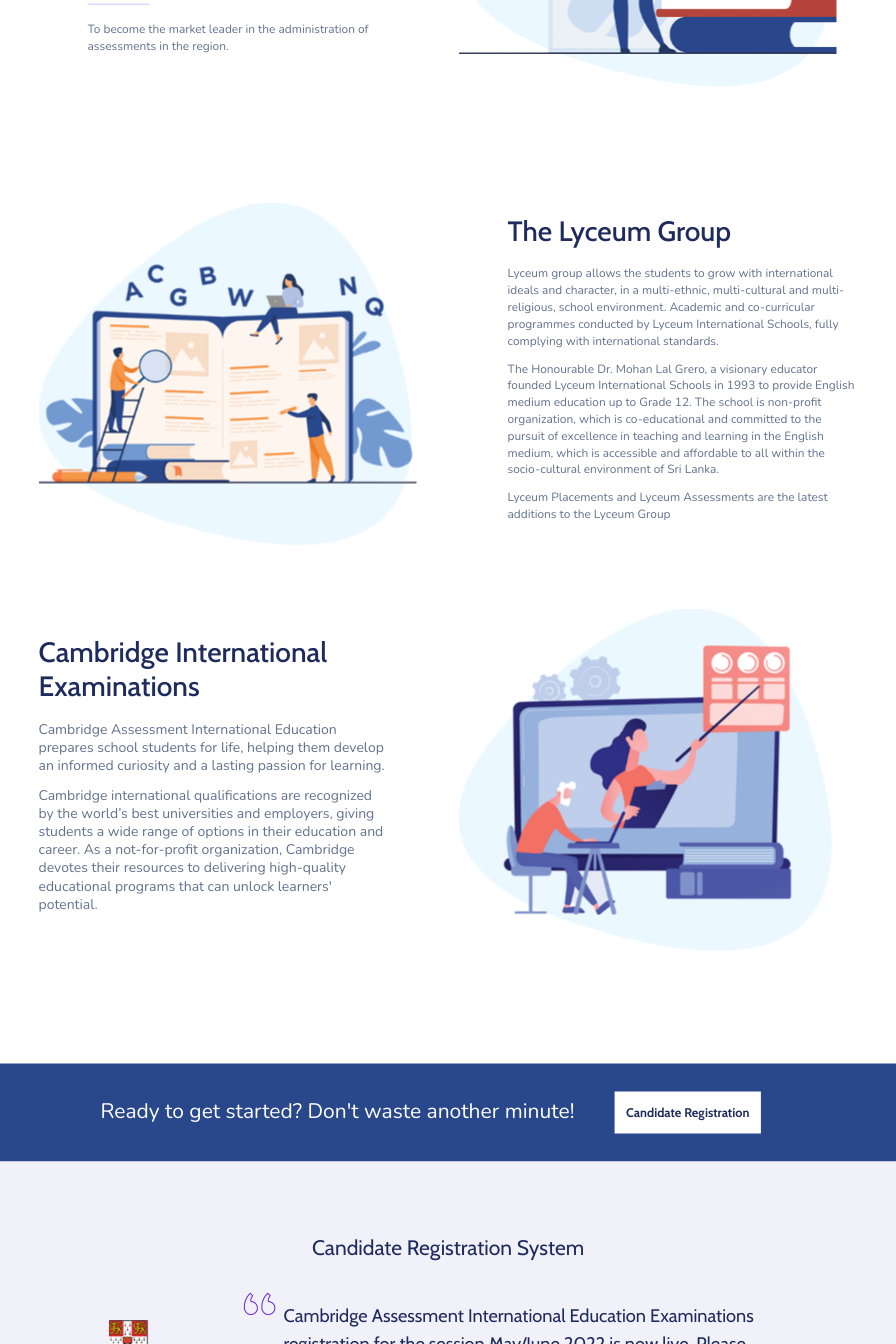
Repository: AXUSLK/LyceumAssessments-HTML
Page: index.html
An editor plug-in stored every save of this project. The page is shown before and after the next save, followed by the edit.
The browser window is 1280 px wide. The pictures show the part of the page from y = 1355 to 3275 px (the page is 4662 px tall before and 4622 px after), at 70% of full size.
Backgrounds fixed to the window are drawn as part of the page. Some web libraries are served in a nearby version.

Above is the page before, as saved 2022-01-31 13:27:48.

### index.html
<!DOCTYPE html>
<html lang="en">

<head>
	<!-- set the encoding of your site -->
	<meta charset="utf-8">
	<meta name="viewport" content="width=device-width, initial-scale=1.0">
	<!-- set the page title -->
	<title>Lyceum Assessments is a fully owned subsidiary of the Lyceum Group.</title>
	<!-- inlcude google cabin font cdn link -->
	<link
		href="https://fonts.googleapis.com/css2?family=Cabin:ital,wght@0,400;0,500;0,600;0,700;1,400;1,500;1,600;1,700&display=swap"
		rel="stylesheet">
	<!-- inlcude google nunito font cdn link -->
	<link
		href="https://fonts.googleapis.com/css2?family=Nunito:ital,wght@0,300;0,400;0,600;0,700;1,300;1,400;1,600;1,700&display=swap"
		rel="stylesheet">
	<!-- include the site bootstrap stylesheet -->
	<link rel="stylesheet" href="css/bootstrap.css">
	<!-- include the site stylesheet -->
	<link rel="stylesheet" href="style.css">
	<!-- include theme color setting stylesheet -->
	<link rel="stylesheet" href="css/colors.css">
	<!-- include the site responsive stylesheet -->
	<link rel="stylesheet" href="css/responsive.css">
</head>

<body>
	<!-- pageWrapper -->
	<div id="pageWrapper">
		<div class="phStickyWrap">

			<!-- pageHeader -->
			<header id="pageHeader" class="w-100 headerFixer">
				<div class="container">
					<!-- hdHolder -->
					<div class="hdHolder position-relative pt-2 pb-2 pt-lg-4 pb-lg-4 pt-xl-7 pb-xl-7">
						<div class="row">
							<div class="col-4 col-md-2">
								<!-- logo -->
								<div class="logo mt-1">
									<a href="javascript:void(0);">
										<img src="images/LYA__LOGO.png" class="img-fluid" alt="">
									</a>
								</div>
							</div>
							<div class="col-8 col-md-10 position-static">
								<!-- pageNav -->
								<nav id="pageNav"
									class="navbar navbar-expand-md navbar-dark justify-content-end p-0 align-items-start position-static">
									<!-- pageMainNavCollapse -->
									<div class="collapse navbar-collapse pageMainNavCollapse justify-content-end"
										id="pageMainNavCollapse">
										<!-- mainNavigation -->
										<ul class="navbar-nav mainNavigation fwSemi pt-md-2">
											<li class="nav-item">
												<a class="nav-link" href="#pageWrapper">Home <span
														class="sr-only">(current)</span></a>
											</li>
											<li class="nav-item">
												<a class="nav-link" href="#scrollToAbout">About Us</a>
											</li>
											<li class="nav-item">
												<a class="nav-link" href="#scrollToWhy">Why?</a>
											</li>
											<li class="nav-item">
												<a class="nav-link" href="#scrollToCambridge">Cambridge</a>
											</li>
											<li class="nav-item">
												<a class="nav-link" href="#scrollToContact">Contact Us</a>
											</li>
										</ul>
									</div>
									<!-- hdBtn -->
									<a href="javascript:void(0);"
										class="btn btn-info font-weight-normal text-capitalize hdBtn ml-md-3 ml-md-6 ml-lg-12 position-relative border-0 p-0"
										data-hover="Get Started">
										<span class="d-block btnText">Candidate Registration </span>
									</a>
									<!-- pageNavOpener -->
									<button class="navbar-toggler pageNavOpener ml-3" type="button"
										data-toggle="collapse" data-target="#pageMainNavCollapse"
										aria-controls="pageMainNavCollapse" aria-expanded="false"
										aria-label="Toggle navigation">
										<span class="navbar-toggler-icon"></span>
									</button>
								</nav>
							</div>
						</div>
					</div>
				</div>
			</header>
		</div>

		<main>

			<!-- Header -->
			<section class="introBlock d-flex w-100 position-relative text-white bg-secondary">
				<div class="w-100 d-flex align-items-center">
					<!-- ibHolder -->
					<div class="w-100 position-relative ibHolder py-19 py-md-23 py-xl-29">
						<div class="container">
							<div class="row align-items-center">
								<div class="col-12 col-md-6">
									<div class="captionWrap position-relative">
										<div class="wow fadeInUp" data-wow-delay="0.5s">
											<h1 class="text-white font-weight-bold mb-5"> The best route for your
												education
											</h1>
										</div>
										<div class="wow fadeInUp" data-wow-delay="1s">
											<p>Don't waste another minute, concentrate on your studies!</p>
										</div>
										<div class="wow fadeInUp" data-wow-delay="1.5s">
											<a href="#scrollToWhy"
												class="btn btn-info btnMin align-top mt-6 p-0 border-0 position-relative"
												data-hover="Why Us?">
												<span class="d-block btnText">Why?</span>
											</a>
										</div>
									</div>
								</div>
								<div class="col-12 col-md-6 d-none d-md-block imageWrap wow bounceInRight"
									data-wow-delay="2s">
									<!-- imgHolder -->
									<div class="imgHolder pl-7 pl-xl-12 position-relative">
										<img src="./images/header.png">
									</div>
								</div>
							</div>
						</div>
					</div>
				</div>
				<!-- svgBg -->
				<svg class="svgBg">
					<defs>
						<clipPath id="path01" clipPathUnits="objectBoundingBox">
							<path d="M 1 0 L 0.93 0 C 0.7 0.18 0.77 0.26 0.51 0.34 Q 0.36 0.38 0.52 1 L 1 1 Z"></path>
						</clipPath>
					</defs>
					<rect width="100%" height="100%" style="clip-path: url(#path01);" fill="#7730ef"></rect>
				</svg>
				<!-- ibBgPattern -->
				<span class="position-absolute w-100 h-100 ibBgPattern"
					style="background-image: url(images/bgShapes01.png);"></span>
			</section>

			<!-- Partners -->
			<aside class="sponsorsAside position-relative text-center">
				<div class="container">
					<div class="bg-white mt-n12 mt-md-n15 shadow-lg py-4 py-md-7">
						<!-- logosSlider -->
						<div class="logosSlider">
							<!-- slide -->
							<div>
								<!-- logoWrap -->
								<div class="logoWrap">
									<img src="http://placehold.it/130x80" class="img-fluid" alt="stylus">
								</div>
							</div>
							<!-- slide -->
							<div>
								<!-- logoWrap -->
								<div class="logoWrap">
									<img src="http://placehold.it/130x80" class="img-fluid" alt="drkht">
								</div>
							</div>
							<!-- slide -->
							<div>
								<!-- logoWrap -->
								<div class="logoWrap">
									<img src="http://placehold.it/130x80" class="img-fluid" alt="Brook.">
								</div>
							</div>
							<!-- slide -->
							<div>
								<!-- logoWrap -->
								<div class="logoWrap">
									<img src="http://placehold.it/130x80" class="img-fluid" alt="its alive!">
								</div>
							</div>
							<!-- slide -->
							<div>
								<!-- logoWrap -->
								<div class="logoWrap">
									<img src="http://placehold.it/130x80" class="img-fluid" alt="nowhere among us">
								</div>
							</div>
							<!-- slide -->
							<div>
								<!-- logoWrap -->
								<div class="logoWrap">
									<img src="http://placehold.it/130x80" class="img-fluid" alt="stylus">
								</div>
							</div>
							<!-- slide -->
							<div>
								<!-- logoWrap -->
								<div class="logoWrap">
									<img src="http://placehold.it/130x80" class="img-fluid" alt="drkht">
								</div>
							</div>
							<!-- slide -->
							<div>
								<!-- logoWrap -->
								<div class="logoWrap">
									<img src="http://placehold.it/130x80" class="img-fluid" alt="Brook.">
								</div>
							</div>
							<!-- slide -->
							<div>
								<!-- logoWrap -->
								<div class="logoWrap">
									<img src="http://placehold.it/130x80" class="img-fluid" alt="its alive!">
								</div>
							</div>
						</div>
					</div>
				</div>
			</aside>

			<!-- About -->
			<div id="scrollToAbout" class="mt-md-n12 mt-lg-n14 pt-md-12 pt-lg-14">
				<!-- featureBlock -->
				<section class="featureBlock pt-8 pb-8 pt-md-13 pt-lg-19 pt-xl-23">
					<div class="container">
						<!-- afColumn -->
						<article class="afColumn mb-7 mb-md-11 mb-lg-18">
							<div class="row align-items-center">
								<div class="col-12 col-md-6 wow slideInRight">
									<div class="extraWrap pl-md-7 pl-lg-14">
										<!-- titleWrap -->
										<header class="titleWrap">
											<h3 class="mb-5">About Lyceum Assessments</h3>
											<p>Lyceum Assessments is a fully owned subsidiary of the Lyceum Group. We
												are focusing on
												conducting, administering and offering competitive international and
												Lyceum examinations to
												students island-wide.
											</p>
											<p>
												Lyceum Assessments (Pvt) Limited was incorporated as a private limited
												company under the
												Companies Act of Sri Lanka on 27th July 2021.</p>
										</header>
										<!-- afTabsList -->
										<ul class="nav nav-tabs afTabsList border-0 fontAlter fwMedium mt-8" id="myTab"
											role="tablist">
											<li class="nav-item" role="presentation">
												<a class="nav-link active" id="analytics-tab" data-toggle="tab"
													href="#analytics" role="tab" aria-controls="analytics"
													aria-selected="true">Our Vision</a>
											</li>
											<li class="nav-item" role="presentation">
												<a class="nav-link" id="traffic-tab" data-toggle="tab" href="#traffic"
													role="tab" aria-controls="traffic" aria-selected="false">Our
													Mission</a>
											</li>
										</ul>
										<!-- myTabContent -->
										<div class="tab-content" id="myTabContent">
											<div class="tab-pane fade show active" id="analytics" role="tabpanel"
												aria-labelledby="analytics-tab">
												<div class="mtctWrap overflow-hidden pt-5">
													<p>To become the market leader in the administration of assessments
														in the region.</p>
												</div>
											</div>
											<div class="tab-pane fade" id="traffic" role="tabpanel"
												aria-labelledby="traffic-tab">
												<div class="mtctWrap overflow-hidden pt-5">
													<p>To provide the expertise required to assess learning at different
														levels of education by making
														globally recognized awards and qualifications accessible &
														affordable to all while ensuring
														international quality standards.</p>
												</div>
											</div>
										</div>
									</div>
								</div>

								<div class="col-12 col-md-6 wow slideInLeft">
									<!-- imgHolder -->
									<div class="imgHolder position-relative mx-auto mb-4 mb-md-0">
										<img src="./images/about.png" class="img-fluid" alt="image description">
										<!-- bgPattern -->
										<span class="bgPattern position-absolute"
											style="background-image: url(images/bgShapes03.png);"></span>
									</div>
								</div>
							</div>
						</article>
					</div>
				</section>
			</div>

			<!-- allFeatBlock -->
			<section id="scrollToWhy" class="allFeatBlock pt-7 pb-3 pb-lg-10 pb-xl-14">
				<div class="container">
					<!-- afColumnsWrap -->
					<div class="afColumnsWrap">
						<!-- afColumn -->
						<article class="afColumn mb-7 mb-md-11 mb-lg-18">
							<div class="row align-items-center">
								<div class="col-12 col-md-6 wow slideInLeft">
									<!-- imgHolder -->
									<div class="imgHolder position-relative mx-auto mb-4 mb-md-0">
										<img src="./images/lyceum_group.png" class="img-fluid" alt="image description">
										<!-- bgPattern -->
										<span class="bgPattern position-absolute"
											style="background-image: url(images/bgShapes03.png);"></span>
									</div>
								</div>
								<div class="col-12 col-md-6 wow slideInRight">
									<div class="extraWrap pl-md-7 pl-lg-14">
										<!-- titleWrap -->
										<header class="titleWrap">
											<h3 class="mb-5">The Lyceum Group</h3>
										</header>
										<p>
										<p>Lyceum group allows the students to grow with international ideals and
											character, in a multi-ethnic, multi-cultural and multi-religious, school
											environment. Academic and co-curricular programmes conducted by Lyceum
											International Schools, fully complying with international standards.</p>
										<p>The Honourable Dr. Mohan Lal Grero, a visionary educator founded Lyceum
											International Schools in 1993 to provide English medium education up to
											Grade 12. The school is non-profit organization, which is co-educational and
											committed to the pursuit of excellence in teaching and learning in the
											English medium, which is accessible and affordable to all within the
											socio-cultural environment of Sri Lanka.</p>
										<p>Lyceum Placements and Lyceum Assessments are the latest additions to the
											Lyceum Group</p>
										</p>
									</div>
								</div>
							</div>
						</article>
						<!-- afColumn -->
						<article class="afColumn mb-7 mb-md-11 mb-lg-18">
							<div class="row align-items-center">
								<div class="col-12 col-md-6 wow slideInLeft">
									<!-- imgHolder -->
									<div class="imgHolder position-relative mx-auto mb-4 mb-md-0">
										<img src="./images/cambridge.png" class="img-fluid" alt="image description">
										<!-- bgPattern -->
										<span class="bgPattern position-absolute"
											style="background-image: url(images/bgShapes03.png);"></span>
									</div>
								</div>
								<div class="col-12 col-md-6 wow slideInRight">
									<div class="extraWrap pr-md-7 pr-lg-14">
										<!-- titleWrap -->
										<header class="titleWrap">
											<h3 class="mb-5">Cambridge International Examinations</h3>
											<p>
											<p>Cambridge Assessment International Education prepares school students for
												life, helping them develop an informed curiosity and a lasting passion
												for learning.</p>
											<p>Cambridge international qualifications are recognized by the
												world&rsquo;s best universities and employers, giving students a wide
												range of options in their education and career. As a not-for-profit
												organization, Cambridge devotes their resources to delivering
												high-quality educational programs that can unlock learners' potential.
											</p>
											</p>
										</header>

									</div>
								</div>
							</div>
						</article>
					</div>
				</div>
			</section>

			<!-- tryPetAside -->
			<aside class="tryPetAside text-center text-white py-5 py-lg-8 wow pulse">
				<div class="container">
					<p class="mb-0">Ready to get started? Don't waste another minute! <a href="javascript:void(0);"
							class="btn btnWhite mt-3 mt-md-0 mx-md-4 mx-lg-10 btnMin p-0 border-0 position-relative"
							data-hover="Try it"><span class="d-block btnText">Candidate Registration</span></a></p>
				</div>
			</aside>

			<div id="scrollToCambridge" class="mt-md-n12 mt-lg-n14 pt-md-12 pt-lg-14 wow fadeIn" data-wow-delay="1s">
				<!-- testimonialsBlock -->
				<article
					class="testimonialsBlock bg-light pt-7 pb-5 pt-md-9 pb-md-7 pt-lg-14 pb-lg-12 pt-xl-21 pb-xl-19">
					<div class="container">
						<header class="text-center mb-8">
							<h2 class="h4 font-weight-normal">Candidate
								Registration System</h2>
						</header>
						<div class="row">
							<div class="col-12 col-md-10 offset-md-1">
								<!-- quotesSlider -->
								<div class="quotesSlider">
									<div>
										<!-- clientQuote -->
										<blockquote
											class="clientQuote fontAlter position-relative text-primary pt-25 pt-sm-0 pl-sm-40 pl-xl-50 mb-0">
											<q class="d-block position-relative mb-7 pt-4 pl-12 pl-sm-0">Cambridge
												Assessment International Education Examinations registration for the
												session May/June
												2022 is now live. Please complete your online registration
												process. </q>
											<cite class="d-block pl-12 pl-sm-0">
												<!-- profilePicWrap -->
												<span
													class="profilePicWrap position-absolute overflow-hidden rounded-circle">
													<img src="./images/cambridge_logo.png"
														class="img-fluid w-100 h-100 imgFit rounded-circle"
														alt="Donald Salvor || Global Initiative">
												</span>

											</cite>
										</blockquote>
									</div>
								</div>
							</div>
						</div>
						<div class="row">
							<div class="col-md-2"></div>
							<div class="col-md-8">
								<table class="infoTable">
									<tbody>
										<tr>
											<th width="298">
												<p><strong>Key dates</strong></p>
											</th>
											<th width="234">
												<p><strong>The year 2022</strong></p>
											</th>
										</tr>
										<tr>
											<td width="298">
												<p>Normal Registration Period (Final Entry)</p>
											</td>
											<td width="234">
												<p>02nd February - 14th February</p>
											</td>
										</tr>
										<tr>
											<td width="298">
												<p>Late Penalty Registration Period</p>
											</td>
											<td width="234">
												<p>15th February &ndash; 11th April</p>
											</td>
										</tr>
										<tr>
											<td width="298">
												<p>Very Late Penalty Registration Period</p>
											</td>
											<td width="234">
												<p>12th April onwards</p>
											</td>
										</tr>
										<tr>
											<td width="298">
												<p>Timetabled Exam Period</p>
											</td>
											<td width="234">
												<p>25 April - 10 June</p>
											</td>
										</tr>
									</tbody>
								</table>
							</div>
							<div class="col-md-2"></div>

						</div>

					</div>
				</article>
			</div>

			<!-- getStartedAside -->
			<aside
				class="getStartedAside textMedium position-relative d-flex w-100 bg-info text-center overflow-hidden">
				<div class="d-flex w-100 gsaHolder align-items-center">
					<div class="w-100 py-7">
						<div class="container">
							<div class="row">
								<div
									class="col-12 col-md-10 offset-md-1 col-lg-8 offset-lg-2 col-xl-6 offset-xl-3 wow wobble">
									<!-- <h1 class="h1Medium fontBase font-weight-normal mb-4">Let us help you with your
										design hassles</h1> -->

									<div class="infoTableP">
										<p>&nbsp;</p>
										<p>Lyceum Assessments deadlines for Cambridge International May/June 2022 exams
											session</p>
										<p>&nbsp;</p>
										<p>Candidates are requested to take note of the registration deadline.
											Registration
											is completed once you submit the application and completed the relevant
											payment.
										</p>
										<p>&nbsp;</p>
										<p>Any payments made after the deadline will be treated as late and subjected to
											the
											appropriate extra late fee</p>
									</div>

								</div>
							</div>
						</div>
					</div>
				</div>
				<span class="bgPattern bgPatterni inaccessible position-absolute wow bounceInDown" data-wow-delay="1s">
					<img src="images/bgShapes05.png" class="img-fluid" alt="image description">
				</span>
				<span class="bgPattern bgPatternii inaccessible position-absolute  wow bounceInUp" data-wow-delay="1s">
					<img src="images/bgShapes04.jpg" class="img-fluid" alt="image description">
				</span>
			</aside>

		</main>

		<!-- ftAreaWrap -->
		<div class="ftAreaWrap bg-primary text-gray777fa1 wow fadeIn" data-wow-delay="0.5s">
			<!-- footerAside -->
			<aside id="scrollToContact"
				class="footerAside pt-20 pt-md-10 pt-lg-16 pb-1 pb-md-4 position-relative text-center text-sm-left">
				<div class="container">
					<div class="row">

						<div class="col-md-4 mb-6  position-static">
							<!-- ftLogo -->
							<div class="ftLogo mb-6 mx-auto mx-md-0">
								<a href="javascript:void(0);">
									<img src="images/LYA__LOGO.png" class="img-fluid" alt="">
								</a>
							</div>
							<!-- ftAddress -->
							<address class="ftAddress text-center text-md-left mb-6 mt-6 mt-md-0">3/1, Raymond Road,
								Nugegoda, Sri Lanka</address>

						</div>

						<div class="col-md-4">
							<address class="ftAddress text-center text-md-left mb-6 mt-6 mt-md-0">
								info_assessments@lyceum.lk</address>

							<!-- socialNetworks -->
							<ul
								class="list-unstyled socialNetworks ftSocialNetworks d-flex justify-content-center justify-content-md-start mx-n1">
								<li>
									<a href="javascript:void(0);">
										<i class="fab fa-facebook-square"><span class="sr-only">facebook</span></i>
									</a>
								</li>
								<li>
									<a href="javascript:void(0);">
										<i class="fab fa-twitter"><span class="sr-only">twitter</span></i>
									</a>
								</li>
								<li>
									<a href="javascript:void(0);">
										<i class="fab fa-instagram"><span class="sr-only">instagram</span></i>
									</a>
								</li>
							</ul>
						</div>

						<div class="col-md-4">
							<h3 class="h6 text-white mb-4">Why Us?</h3>
							<!-- ftScribeForm -->
							<form action="#" class="ftScribeForm">
								<strong class="d-block font-weight-normal mb-6">As leaders in education in Sri Lanka the
									Lyceum Group is committed to creating sustainable quality
									internationally recognized education opportunities</strong>

							</form>
						</div>

					</div>
				</div>
			</aside>
			<!-- pageFooter -->
			<footer id="pageFooter" class="text-center fontAlter">
				<div class="container">
					<!-- pfHolder -->
					<div class="pfHolder pt-7 pb-5">
						<p>Copyright © 2022 Lyceum Assessments All Rights
							Reserved. Concept Designed and Developed by
							<a target="_blank" href="https://zuse.lk/">ZUSE Technologies.</a>
						</p>
					</div>
				</div>
			</footer>
		</div>

	</div>
	<!-- include jQuery library -->
	<script src="js/jquery-3.4.1.min.js"></script>
	<!-- include bootstrap popper JavaScript -->
	<script src="js/popper.min.js"></script>
	<!-- include bootstrap JavaScript -->
	<script src="js/bootstrap.min.js"></script>
	<!-- include custom JavaScript -->
	<script src="js/jqueryCustom.js"></script>
	<!-- include fontAwesome -->
	<script src="https://kit.fontawesome.com/391f644c42.js"></script>
</body>

</html>

### css/colors.css
.btnTheme .btnText,
#pageHeader.fixedPosition,
.featColumn:before,
.tryPetAside,
.ftSocialNetworks > li > a:hover {
	background-color: #29478b;
}

.btnTheme:before,
.afDefList .icn,
.afTabsList .nav-link.active,
.clientQuote q:before,
.tickList > li:before {
	color: #6720df;
}

.btnTheme:before,
.btnTheme .btnText,
.afTabsList .nav-link.active {
	border-color: #6720df;
}

Loaded but not shown: css/bootstrap.css (library); js/jquery-3.4.1.min.js (library); js/popper.min.js (library); js/bootstrap.min.js (library); js/jqueryCustom.js (771 lines, source omitted); style.css (4752 lines, source omitted); css/responsive.css (209 lines, source omitted)

After the next save:
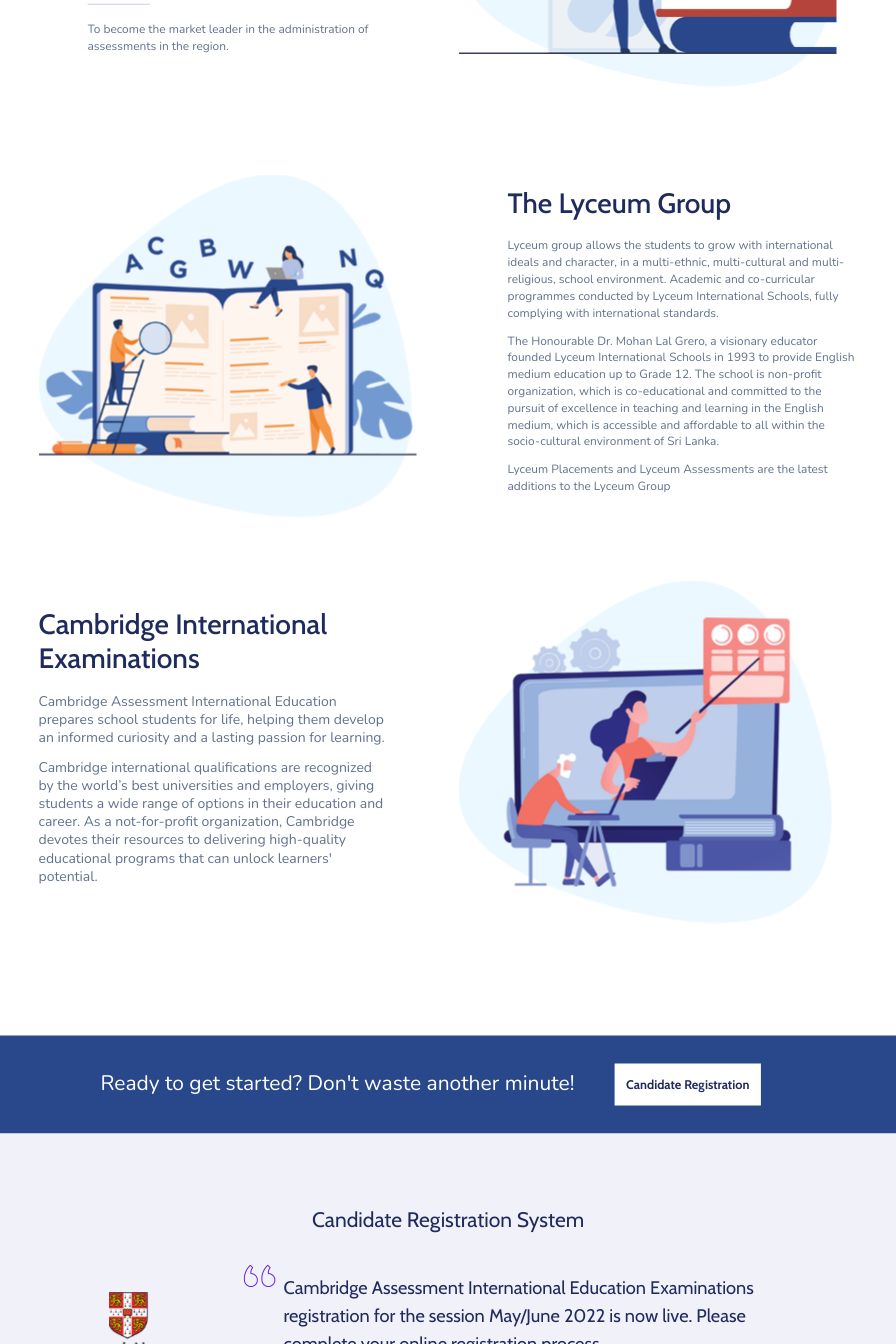
Saved 103 s later.
--- a/index.html
+++ b/index.html
@@ -222,7 +222,7 @@
 			<!-- About -->
 			<div id="scrollToAbout" class="mt-md-n12 mt-lg-n14 pt-md-12 pt-lg-14">
 				<!-- featureBlock -->
-				<section class="featureBlock pt-8 pb-8 pt-md-13 pt-lg-19 pt-xl-23">
+				<section class="featureBlock pt-8 pt-md-13 pt-lg-19 pt-xl-23">
 					<div class="container">
 						<!-- afColumn -->
 						<article class="afColumn mb-7 mb-md-11 mb-lg-18">
